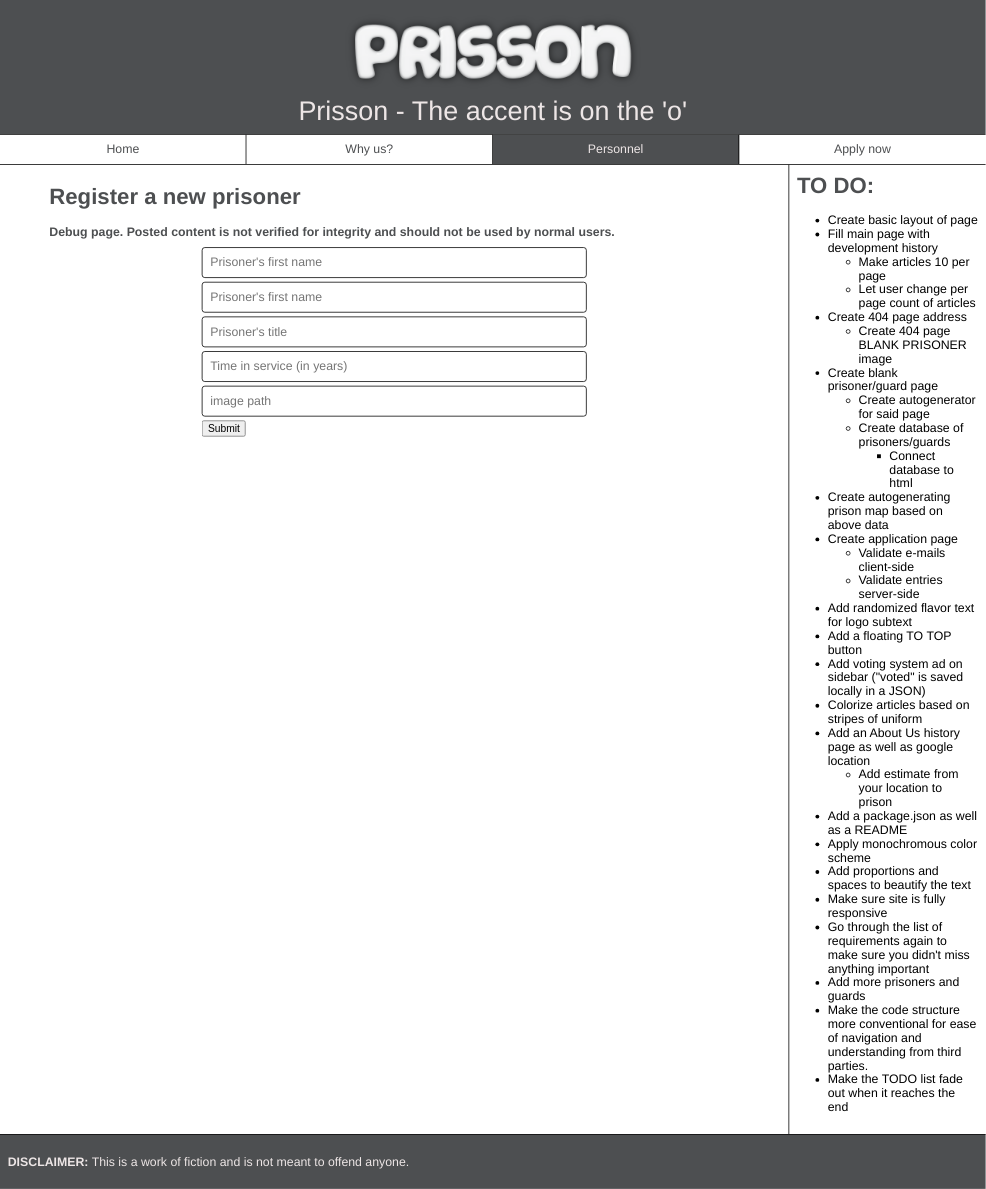
Repository: Aradeid/PrisonNodeJS
Page: http://localhost/add/prisoner
The author's editor kept a record of every edit. The page is drawn from the files as they stood at one moment, then again after the next edit.
The browser window is 1280 px wide. The pictures show the whole page, at 77% of full size.
Some web libraries are served in a nearby version. The page is served by the project's Node server (index.js).

Above is the page before.

### views/newPrisoner.hbs
<h2>{{title}}</h2>
<h4>Debug page. Posted content is not verified for integrity and should not be used by normal users.</h4>
<form id="new-prisoner-form" action="/add/prisoner" method="POST">
    <input id="new-prisoner-first-name" type="text" name="firstName" placeholder="Prisoner's first name" maxlength="40" />
    <input id="new-prisoner-last-name" type="text" name="lastName" placeholder="Prisoner's first name" maxlength="40" />
    <input id="new-prisoner-title" type="text" name="title" placeholder="Prisoner's title" maxlength="40" />
    <input id="new-prisoner-service-duration" type="text" name="serviceDuration" placeholder="Time in service (in years)" maxlength="40" />
    <input id="new-prisoner-image" type="text" name="image" placeholder="image path" />
    <input id="form-submit" type="submit" value="Submit" />
</form>

### views/partials/aside.hbs

<h2>TO DO:</h2>
<ul>
    <li>Create basic layout of page</li>
    <li>Fill main page with development history
        <ul>
            <li>Make articles 10 per page</li>
            <li>Let user change per page count of articles</li>
        </ul>
    </li>
    <li>Create 404 page address
        <ul><li>Create 404 page BLANK PRISONER image</li></ul>
    </li>
    <li>Create blank prisoner/guard page
        <ul>
            <li>Create autogenerator for said page</li>
            <li>Create database of prisoners/guards
                <ul><li>Connect database to html</li></ul>
            </li>
        </ul>
    </li>
    <li>Create autogenerating prison map based on above data</li>
    <li>Create application page
        <ul>
            <li>Validate e-mails client-side</li>
            <li>Validate entries server-side</li>
        </ul>
    </li>
    <li>Add randomized flavor text for logo subtext</li>
    <li>Add a floating TO TOP button</li>
    <li>Add voting system ad on sidebar ("voted" is saved locally in a JSON)</li>
    <li>Colorize articles based on stripes of uniform</li>
    <li>Add an About Us history page as well as google location
        <ul><li>Add estimate from your location to prison</li></ul>
    </li>
    <li>Add a package.json as well as a README</li>
    <li>Apply monochromous color scheme</li>
    <li>Add proportions and spaces to beautify the text</li>
    <li>Make sure site is fully responsive</li>
    <li>Go through the list of requirements again to make sure you didn't miss anything important</li>
    <li>Add more prisoners and guards</li>
    <li>Make the code structure more conventional for ease of navigation and understanding from third parties.</li>
    <li>Make the TODO list fade out when it reaches the end</li>
</ul>

### views/partials/footer.hbs
<p><strong>DISCLAIMER:</strong> This is a work of fiction and is not meant to offend anyone.</p>

### views/partials/header.hbs
<ul>
    <li {{#if home}} class="main-nav-active" {{/if}} ><a href="/">Home</a></li>
    <li {{#if about}} class="main-nav-active" {{/if}} ><a href="/about">Why us?</a></li>
    <li {{#if team}} class="main-nav-active" {{/if}} ><a href="/team">Personnel</a></li>
    <li {{#if register}} class="main-nav-active" {{/if}} ><a href="/register">Apply now</a></li>
</ul>

### views/layouts/main.hbs

<!doctype html>
<html>
    <head>
        <meta charset="utf-8">
        <title>{{ makeTitle title }}</title>
        <link rel="stylesheet" href="/css/base.css">
        <link rel="stylesheet" href="/css/layout.css">
        <link rel="stylesheet" href="/css/navigation.css">
        <link rel="stylesheet" href="/css/modules.css">
        <script type="text/javascript" src="https://code.jquery.com/jquery-3.2.1.min.js"></script>
        <meta name="viewport" content="width=device-width, initial-scale=1">
    </head>
    <body>
        <header>
            <div class="page-header-top">
                <img src="/images/utility/logo.png">
                <p>{{ makeTitle null }}</p>
            </div>
            <nav class="main-nav">
                {{> header }}
            </nav>
        </header>

        <div class="main-area">
            <main>
                {{{ body }}}
            </main>

            <aside class="page-sidebar">
                {{> aside }}
            </aside>
        </div>


        <footer class="page-footer">
            {{> footer }}
        </footer>

    </body>
</html>

### index.js
/* global $ */

var http = require('http');
var path = require('path');
var express = require('express');
var exphbs = require('express-handlebars');

var app = express();
var server = http.createServer(app);

// body parser declarations
var bodyParser = require("body-parser");
app.use(bodyParser.json());
app.use(bodyParser.urlencoded({extended: true}));

var fs = require("fs");

// database declarations
var low = require('lowdb');
var FileSync = require('lowdb/adapters/FileSync');
var adapter = new FileSync('json/database.json');
var db = low(adapter);
db.defaults({ submissions: [], guards: [], prisoners: [] }).write();

// express handlebars setup
app.engine('hbs', exphbs({
  defaultLayout: 'main',
  extname: '.hbs',
  layoutsDir: path.join(__dirname, 'views/layouts'),
  partialsDir: path.join(__dirname, 'views/partials'),
  helpers: {
    fixLineBreakers : function(text) {
      text = text.replace(/(\r\n|\n|\r)/gm, '<br>');
      return text;
    },
    shorten : function(text) {
      return text.slice(0, 99).replace(/(\r\n|\n|\r)/gm, '<br>') + "...";
    },
    makeTitle : function(title) {
      if (title == undefined || title.length == 0) {
        return "Prisson - " + GetRandomFlavortext();
      } else {
        return title + " | Prisson - " + GetRandomFlavortext();
      }
    }
  }
}));

app.set('view engine', 'hbs');
app.set('views', path.join(__dirname, 'views'));

app.use(express.static(path.join(__dirname, '/public')));
app.use('/static', express.static(path.join(__dirname, '/public')));
var messages = [];
var sockets = [];

// POST and GET routes
app.get('/($|home|blog|articles|index)', function(req, res) {
  var pageNr;
  if (req.query.page) {
    pageNr = req.query.page;
  } else {
    pageNr = 1;
  }
  var articles = require("./json/articles.json");
  if (articles.length - pageNr * 10 >= -8) {
    var counterModifier = 0;
    if (articles.length - pageNr * 10  < 1) {
      counterModifier = 10 - ((articles.length - 1) % 10);
    }
  } else {
    return res.redirect('/404');
  }
  res.render('home', {
    home: true,
    pageNr: pageNr,
    totalPages: Math.ceil((articles.length - 1) / 10),
    headlines: articles.slice().reverse().slice(10 * (pageNr - 1), 10 * pageNr - counterModifier)
  });
});

app.get('/articles/new', function(req, res) {
  res.render('newArticle', {
    home: true,
    title: "Write a new article for the blog"
  });
});

app.post('/article', function(req, res) {
  var articles = require("./json/articles.json");
  var article = {
    "id" : articles.length,
    "date" : Math.floor(Date.now() / 1000),
    "title" : req.body.title,
    "content" : req.body.content
  };

  articles.push(article);

  fs.writeFile('./json/articles.json', JSON.stringify(articles, null, "\t"), 'utf8');

  res.redirect('/articles');
});

app.get('/articles/:id', function(req, res) {
  var articles = require("./json/articles.json");
  if (req.params.id < articles.length) {
    var article = articles[req.params.id];

    res.render('article', {
      home: true,
      title: article.title,
      headerTitle: article.title,
      content: article.content,
      timePosted: toHumanTime(article.date),
      timePassed: timeElapsed(article.date)
    });
  } else {
    res.redirect('/articles/0');
  }
});

app.get('/about', function(req, res) {
  res.render('about', {
    about: true,
    title: 'Why us?',
  });
});

app.get('/team', function(req, res) {
  var ranks = db.get('guards').map('title').value();
  var uniqueRanks = [];
  ranks.forEach(function(el){
    if(uniqueRanks.indexOf(el) == -1) uniqueRanks.push(el);
  });
  var personell = [];
  uniqueRanks.forEach(function(el){
    var rank = {
      name: el + 's',
      members: db.get('guards').filter({title: el}).value()
    };
    personell.push(rank);
  });
  res.render('team', {
    team: true,
    title: 'Our amazing team',
    personell: personell
  });
});

app.get('/guards/:id', function(req, res) {
  if (req.params.id < db.get('guards').size().value()) {
    var guard = db.get('guards').find({ id: Number(req.params.id) }).value();

    res.render('guard', {
      team: true,
      firstName: guard.firstName,
      lastName: guard.lastName,
      guardTitle: guard.title,
      service: timeElapsed(guard.service),
      imgPath: guard.imagePath
    });
  } else {
    res.redirect('/400');
  }
});

app.get('/clients', function(req, res) {
  res.render('clients', {
    title: 'Our beloved clients',
    clients: db.get('prisoners').value()
  });
});

app.get('/clients/:id', function(req, res) {
  if (req.params.id < db.get('prisoners').size().value()) {
    var prisoner = db.get('prisoners').find({ id: Number(req.params.id) }).value();

    res.render('client', {
      firstName: prisoner.firstName,
      lastName: prisoner.lastName,
      alias: prisoner.alias,
      service: timeElapsed(prisoner.start),
      end: toHumanTime(Number(prisoner.start) + Number(prisoner.service)),
      imgPath: prisoner.imagePath
    });
  } else {
    res.redirect('/400');
  }
});

app.get('/register', function(req, res) {
  res.render('register', {
    register: true,
    title: 'Apply to our wonderful prison today',
  });
});

app.post('/register', function(req, res) {
  var fname = req.body.firstName;
  var lname = req.body.lastName;
  var email = req.body.email;
  var felony = req.body.felony;
  if (!db.get('submissions').find({ email: email }).value()) { // verify introduced email with the database
    db.get('submissions').push({ email: email, firstName: fname, lastName: lname, felony: felony, registrationTime: Math.floor(Date.now() / 1000)}).write();
    res.redirect('/register/success');
  } else {
    res.redirect('/register/failure?reason=EmailExists');
  }
});

app.get('/register/success', function(req, res) {
  res.render('form-success', {
    register: true,
    title: 'YESS',
  });
});

app.get('/register/failure', function(req, res) {
  var reason;
  switch (req.query.page) {
    case 'EmailExists':
      reason = "It seems that this email has already been registered. Please wait patiently until we reply. It can take up to 2 weeks."
      break;
    default:
      reason = "Please contact us on phone and describe how you got to this point."
  }
  res.render('form-failure', {
    register: true,
    title: 'IYA',
  });
});

app.get('/add/prisoner', function(req, res)  {
  res.render('newPrisoner', {
    team: true,
    title: 'Register a new prisoner'
  });
});

app.get('/add/guard', function(req, res)  {
  res.render('newGuard', {
    team: true,
    title: 'Register a new guard'
  });
});

app.post('/add/prisoner', function(req, res) {
  var fname = req.body.firstName;
  var lname = req.body.lastName;
  var alias = req.body.alias;
  var service = req.body.serviceDuration;
  var start = req.body.serviceStart;
  var imgPath = req.body.image;
  db.get('prisoners').push({ id: db.get('prisoners').size().value(), firstName: fname, lastName: lname, alias: alias, service: (Number(service) * 31556926), start: start, imagePath: imgPath}).write();

  res.redirect('/add/prisoner');
});
//console.log(db.get('submissions').size().val());
app.post('/add/guard', function(req, res) {
  var fname = req.body.firstName;
  var lname = req.body.lastName;
  var title = req.body.title;
  var service = req.body.serviceDuration;
  var imgPath = req.body.image;
  db.get('guards').push({ id: db.get('guards').size().value(), firstName: fname, lastName: lname, title: title, service: Math.floor(Date.now() / 1000 - (Number(service) * 31556926)), imagePath: imgPath}).write();

  res.redirect('/add/guard');
});

app.get('/404', function(req, res) {
  res.render('clientError');
});

app.get('/500', function(req, res) {
  res.render('serverError');
});

// always keep this route last, to avoid false redirects
app.get('/*', function(req, res) {
    res.redirect('/404');
});

server = app.listen(8080, function(){
  var addr = server.address().address;
  var port = server.address().port;
  console.log("Server listening at", addr + ":" + port);
});

app.use(function(err, req, res, next) {
  // log the error, for now just console.log
  console.log(err);
  res.redirect('/500');
});

function timeElapsed(time) {
  var diff = Math.ceil((new Date()).getTime() / 1000 - time);
  var divider;
  var unit;
  switch (true) {
    case (diff>31556926):
      divider = 31556926;
      unit = 'years';
      break;
    case (diff>2629743):
      divider = 2629743;
      unit = 'months';
      break;
    case (diff>604800):
      divider = 604800;
      unit = 'weeks';
      break;
    case (diff>86400):
      divider = 86400;
      unit = 'days';
      break;
    case (diff>3600):
      divider = 3600;
      unit = 'hours';
      break;
    case (diff>60):
      divider = 60;
      unit = 'minutes';
      break;
    default:
      divider = 1;
      unit = 'seconds';
  }

  return Math.floor(diff / divider).toString() + ' ' + unit;
}

function toHumanTime(time){
  var a = new Date(time * 1000);
  var months = ['Jan','Feb','Mar','Apr','May','Jun','Jul','Aug','Sep','Oct','Nov','Dec'];
  var year = a.getFullYear();
  var month = months[a.getMonth()];
  var day = a.getDate();
  var hour = a.getHours();
  var min = a.getMinutes();
  var sec = a.getSeconds();
  var humanTime = day + '-' + month + '-' + year + ' ' + hour + ':' + min + ':' + sec ;
  return humanTime;
}

function GetRandomFlavortext() {
  var text = [
    "The accent is on the 'o'",
    "The best place to waste the rest of your life in",
    "If you are getting locked in for life, get locked in with style",
    "It is not as expensive as you may think",
    "Apply now using the link below, or by calling us directly",
    "Don't rot away in a mediocre prison, rot away with us",
    "Being locked is much more fun with us",
    "The only prison that truly cares about its inmates",
    "Hurry up, before we run out of places",
    "Register once, change your life forever"
  ];
  return text[Math.floor(Math.random() * text.length)];
}

### public/css/base.css
/* Reset */
html, body {
    margin: 0;
    padding: 0;
}

*, *:before, *:after {
    box-sizing: border-box;
}


/* Fonts */
html {
    font-family: Helvetica, Arial, sans-serif;
    font-size: 16px;
}

/* Headlines */
h1, h2, h3, h4, h5, h6 {
    margin: 0.7em 0;
    color: #4d4f51;
}
article > * {
    margin: 0.7em 0;
    color: #EDE6E6;
}
h1 {
    font-size: 2rem;
}
h2 {
    font-size: 1.8rem;
}
h3 {
    font-size: 1.5rem;
}

/* Links */
a {
    color: #EDE6E6;
}
a:hover {
    text-decoration: none;
}

/* Forms */
form {
    width: 500px;
    margin: auto;
}

/* Inputs */
.warning {
    border:1px solid red;
}

### public/css/layout.css
body {
    display: flex;
    flex-direction: column;
    min-height: 100vh;
}

/* Header */
header {
    width: 100%
}
.page-header-top {
    background-color: #4d4f51;
    padding: 10px;
    color: #EDE6E6;
    font-size: 35px;
}
.page-header-top > * {
    margin: auto;
    display: block;
    width: calc(100%);
}
.page-header-top > p {
    padding-left: 20px;
    padding-right: 20px;
    text-align: center;
}

/* Main Area */
.main-area {
    flex: 1;
    display: flex;
    flex-direction: column;
}

/* Team & Clients */
.personell-display ul {
  list-style-type: none;
}
.rank-members, .clients {
    display: flex;
    flex-wrap: wrap;
}
.member, a.client {
    margin-right: 50px;
    margin-bottom: 20px;
    width: 80px;
}
.member > *, a.client > * {
    margin: auto;
    display: block;
}
.member p, a.client p {
    color: #4d4f51;
    text-align: center;

}
.member img, a.client img {
    height: 100px;
}

/* Guard & Client */
.guard > *, div.client > * {
    margin: auto;
    display: block;
}
.guard img, div.client img {
    width: calc(100%);
    padding-bottom: 30px;
}

/* Main */
main {
    flex: 1;
    padding: 25px;
}
main > *:first-child {
    margin-top: 0;
}

/* Sidebar */
.page-sidebar {
    padding: 10px;
    border-top: 1px solid #000;
}
.page-sidebar > *:first-child {
    margin-top: 0;
}

/* Footer */
.page-footer {
    padding: 10px;
    background-color: #4d4f51;
    border-top: 1px solid #000;
    color: #EDE6E6;
}

@media only screen and (min-width: 600px) {
    .page-header-top > * {
        width: auto;
    }
    .main-area {
        flex-direction: row;
    }
    .page-sidebar {
        border-top: 0;
        border-left: 1px solid #000;
        width: calc(20%);
    }
    .guard, div.client {
        padding-left: calc(5%);
        padding-right: calc(5%);
    }
    .guard img, div.client img {
        width: calc(80%);
    }
    main {
        flex: 1;
        padding: 25px;
        padding-left: calc(5%);
        padding-right: calc(5%);
    }
}

### public/css/navigation.css
/* General */
nav ul {
    list-style: none;
    margin: 0;
    padding: 0;
}

/* Main Nav */
.main-nav {
    border-top: 1px solid #000;
    border-bottom: 1px solid #000;
}
.main-nav li {
    text-align: center;
}

.main-nav li:not(:last-child) {
    border-bottom: 1px solid #000;
}
.main-nav a {
    display: block;
    padding: 10px;
    text-decoration: none;
    color: #4d4f51;
}
.main-nav a:hover {
    background-color: #EDE6E6;
    color: #000;
}
.main-nav .main-nav-active a {
    background-color: #4d4f51;
    color: #EDE6E6;
}

@media only screen and (min-width: 450px) {

    .main-nav ul {
        display: flex;
    }
    .main-nav li {
        flex: 1;
    }
    .main-nav li:not(:last-child) {
        border-bottom: 0;
    }
    .main-nav li:not(:last-child) a {
        border-right: 1px solid #000;
    }

}

### public/css/modules.css
/* Teaser */
.teaser {
    margin-bottom: 5px;
    padding-left: 15px;
    border: 3px dashed #ccc;
    background-color: #595555;
    color: #F6ECEC;
}
.teaser img {
    width: 100%;
    height: auto;
    display: block;
}

.teaser-destination {
    text-decoration: underline;
    color: #EDE6E6;
    margin-top: -5px;
}
.teaser a:hover {
    text-decoration: none;
}
.teaser-content {
    padding-right: 20;
    padding-top: 10px;
}

.pages {
    text-align: center;
}
.pages .page {
    display: inline;
    padding: 5px;
    color: #595555;
}
.pages .page a {
    color: inherit;
}
.pages .page a:hover {
    background-color: #595555;
    color: #F6ECEC;
}

@media only screen and (min-width: 600px) {
    .teaser-container {
        display: flex;
        flex-direction: column;
        margin: 0 -20px;
    }
    .teaser {
        margin-bottom: 15px;
        width: calc(100%) - 80px;
        flex-shrink: 0;
        max-width: none;
    }
    .teaser-content {
        padding: 20px;
        padding-top: 10px;
    }
}

/* Form */

input[type="text"],
input[type="email"],
button,
textarea {
    width: 100%;
    margin-bottom: 5px;
    padding: 10px;
    border: 1px solid #000;
    border-radius: 4px;
    font-size: inherit;
    font-family: inherit;
}
textarea {
    resize: none;
}
.form-field {
    margin: 7px 0;
}

button {
    border: 2px solid #4d4f51;
    background-color: #4d4f51;
    color: #fff;
    transition: background-color 0.1s linear, color 0.1s linear;
    cursor: pointer;
}
button:hover {
    background-color: #fff;
    color: #EDE6E6;
}

Loaded but not shown: json/database.json (222 lines, source omitted)

After the next edit:
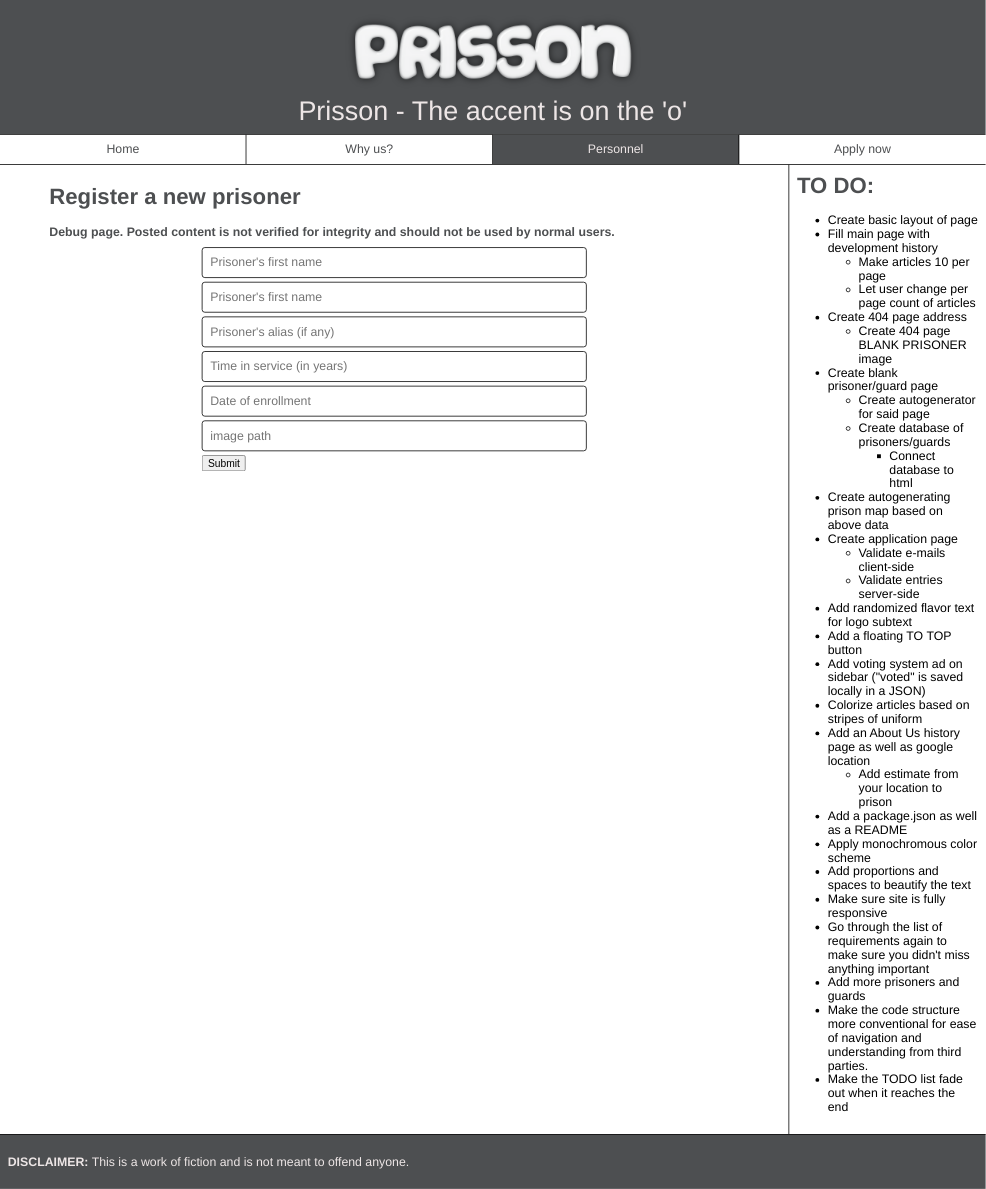
The edit:
--- a/views/newPrisoner.hbs
+++ b/views/newPrisoner.hbs
@@ -3,8 +3,9 @@
 <form id="new-prisoner-form" action="/add/prisoner" method="POST">
     <input id="new-prisoner-first-name" type="text" name="firstName" placeholder="Prisoner's first name" maxlength="40" />
     <input id="new-prisoner-last-name" type="text" name="lastName" placeholder="Prisoner's first name" maxlength="40" />
-    <input id="new-prisoner-title" type="text" name="title" placeholder="Prisoner's title" maxlength="40" />
+    <input id="new-prisoner-title" type="text" name="title" placeholder="Prisoner's alias (if any)" maxlength="40" />
     <input id="new-prisoner-service-duration" type="text" name="serviceDuration" placeholder="Time in service (in years)" maxlength="40" />
+    <input id="new-prisoner-enrolled-date" type="text" name="serviceDuration" placeholder="Date of enrollment" maxlength="40" />
     <input id="new-prisoner-image" type="text" name="image" placeholder="image path" />
     <input id="form-submit" type="submit" value="Submit" />
 </form>
